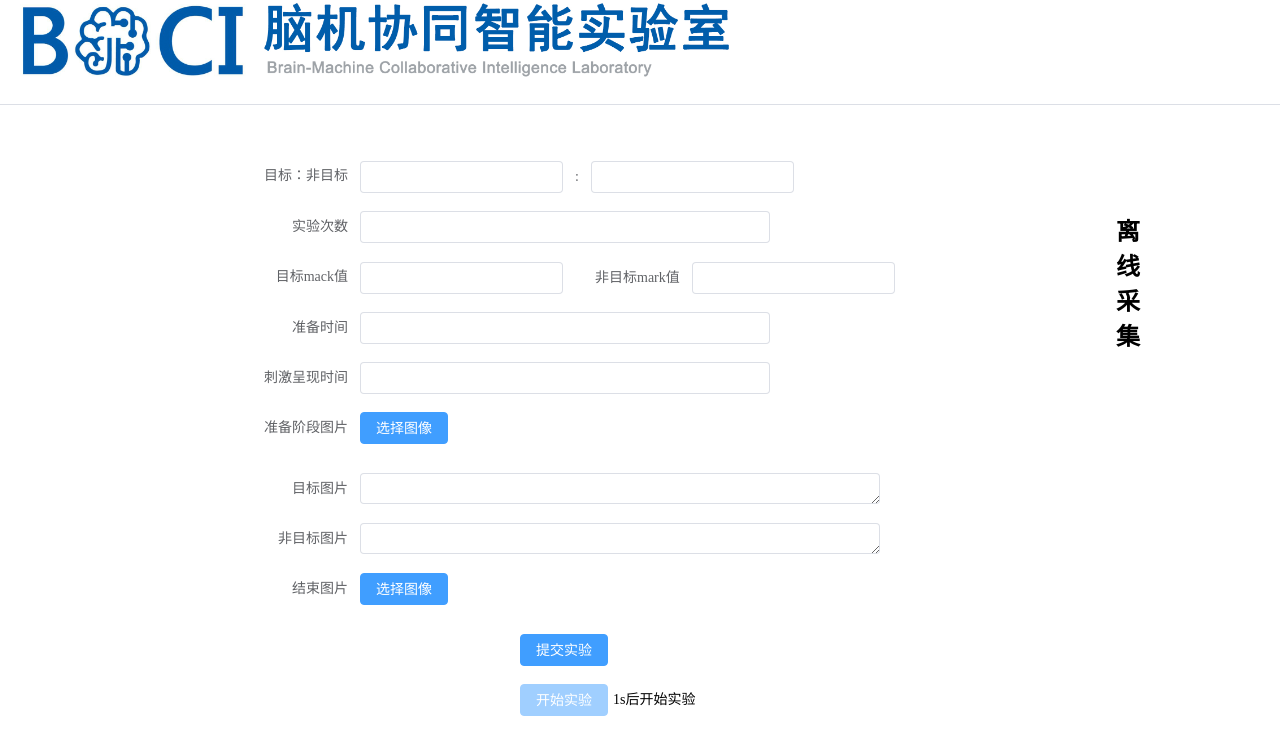
Repository: JiabZhu/hdubci
Page: /rsvpoffline/setstudy (app in frontend/)
These files come from the project's save history. The page is drawn as it stood at one moment and after the next save; the edit follows.
The browser window is 1280 px wide. The pictures show the whole page.
The project was rebuilt for these pictures with package versions that can differ from the ones it lists, and the page was loaded fresh each time. Also part of the build but not shown: frontend/vue.config.js, frontend/src/views/HomeView.vue.

Above is the page before, as saved 2022-10-02 15:08:25.

After the next save:
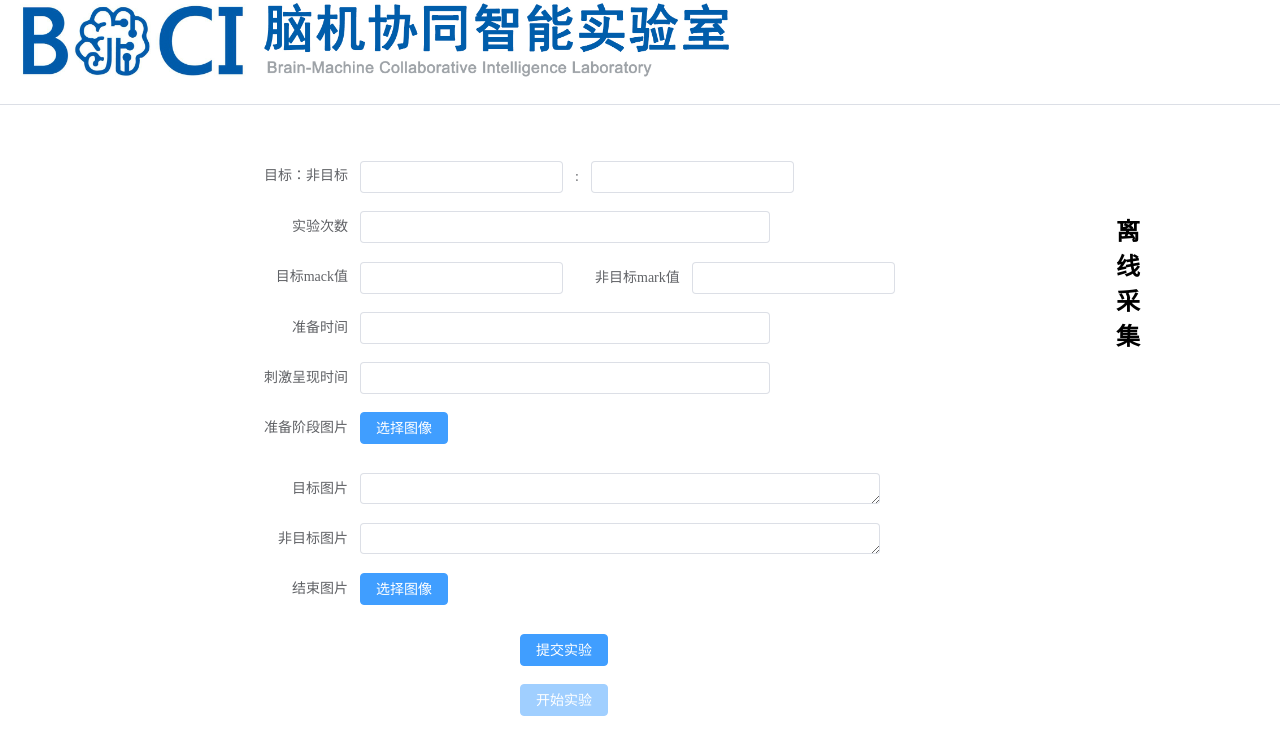
Saved 14 s later.
--- a/frontend/src/views/SetOffStudyView.vue
+++ b/frontend/src/views/SetOffStudyView.vue
@@ -97,7 +97,6 @@
 
           <el-form-item style="margin-left: 20%;">
             <el-button type="primary" :disabled="check" @click="startStudy">开始实验</el-button>
-            <span style="margin-left:5px">{{time}}s后开始实验</span>
           </el-form-item>
 
         </el-form>
